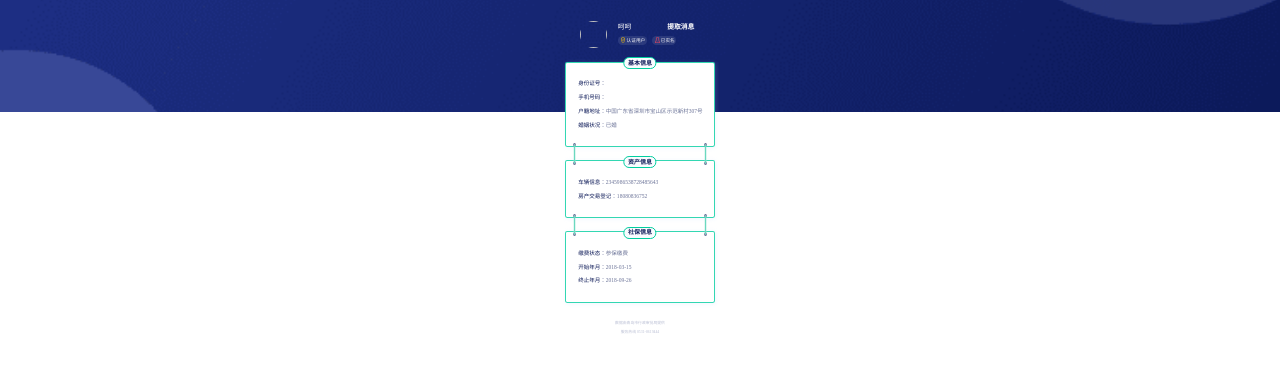
Repository: zlpstart/qingdao-new
Page: /Record
The author's editor kept a copy of each file at every save. The page is drawn from the files as they stood at one save, then again after the next save.
The browser window is 1280 px wide. The pictures show the whole page.
The page's requests for data from a server got no answer. Some web fonts or font styles are not loaded; a fallback is used. The project was rebuilt for these pictures with package versions that can differ from the ones it lists, and the page was loaded fresh each time. No one was signed in, and anything a server would have sent is missing. Also part of the build but not shown: src/components/MySpace.vue, src/components/Home.vue, src/components/Enterprise.vue, src/components/Opinion.vue, src/components/Opinion2.vue, src/components/Car.vue, src/components/House.vue, src/components/License.vue and 5 more.

Above is the page before, as saved 2019-09-20 16:14:11.

After the next save:
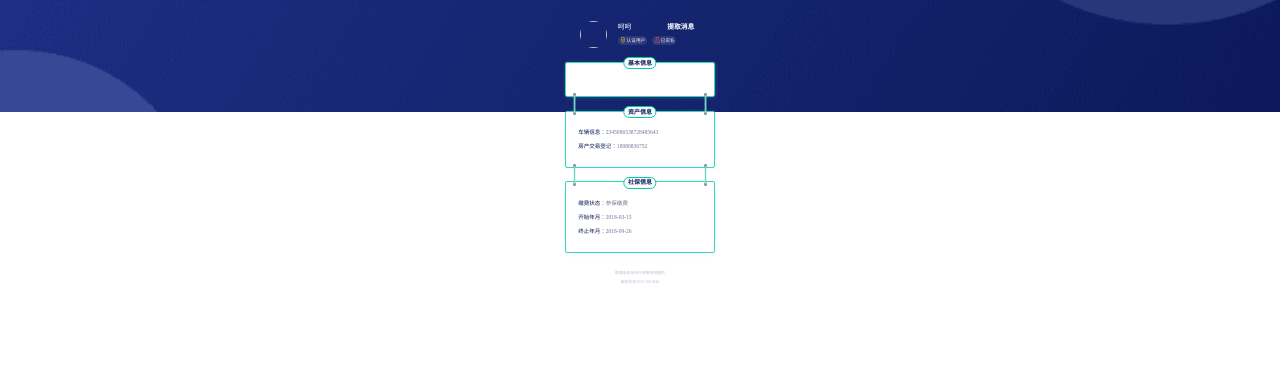
Saved 16 s later.
--- a/src/components/Record.vue
+++ b/src/components/Record.vue
@@ -125,7 +125,7 @@
           <div class="legal_title">
             <h1>基本信息</h1>
           </div>
-          <ul v-if="">
+          <ul v-if="tiqu">
             <li>
               <b>身份证号：</b>
               {{allUser.idCode}}

After the 3 saves that followed:
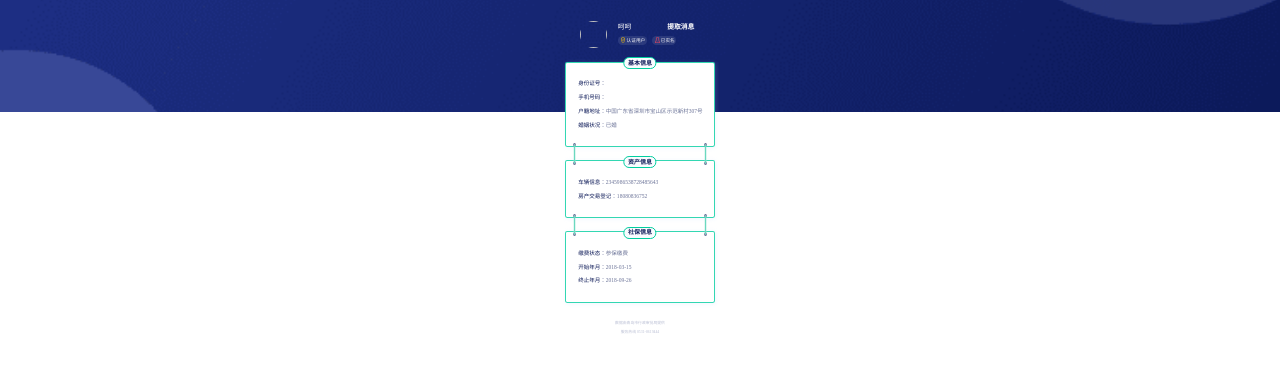
The 3 saves are shown as one change because 1 left the picture as it was and some came seconds apart.
The last was saved 37 s later.
--- a/src/components/Record.vue
+++ b/src/components/Record.vue
@@ -198,7 +198,9 @@ import { mapGetters, mapActions } from "vuex";
 export default {
   name: "Record",
   data() {
-    return {};
+    return {
+        tiqu:true
+    };
   },
   components: {
     TopBar
